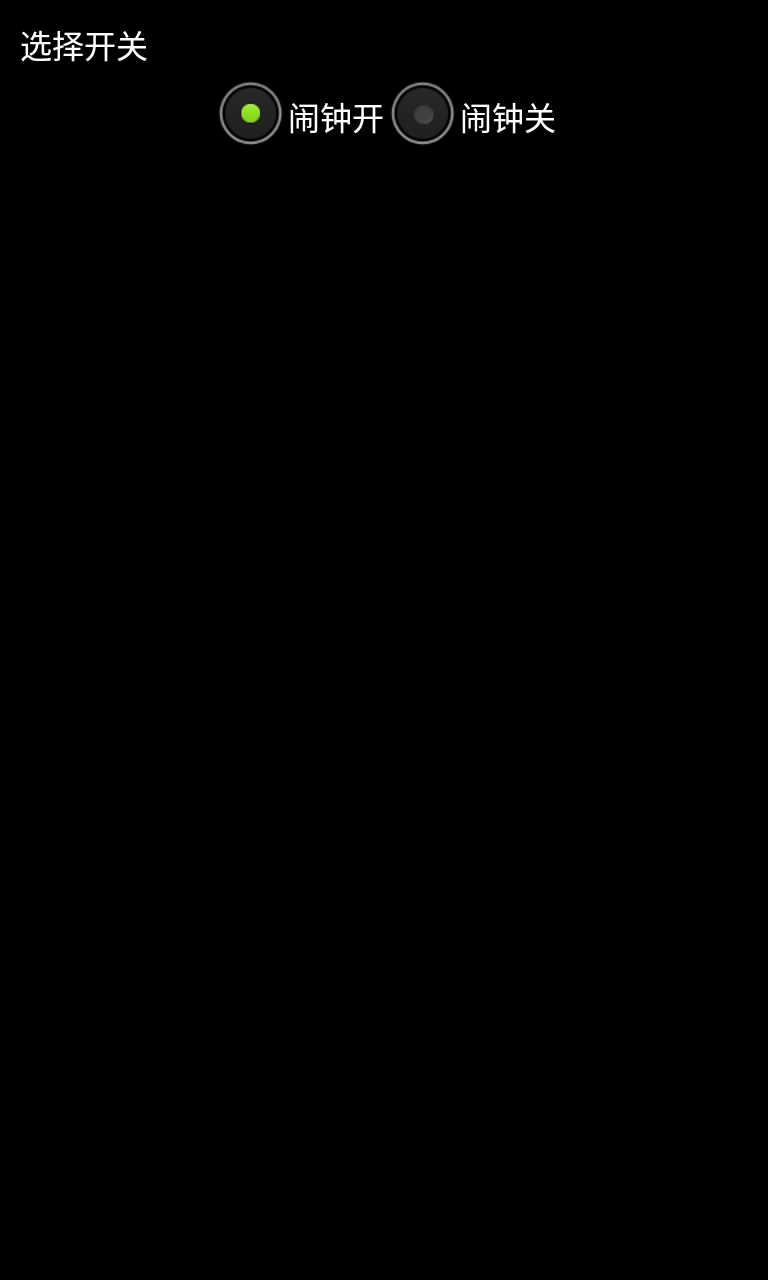
Repository: gogolaile/CoolWeather
Layout: DayDel/res/layout/alarm_newone_dialog.xml
These files come from the project's save history. The layout is drawn as it stood at one moment and after the next save; the edit follows.
It is drawn on a 768 x 1280 px phone screen (xhdpi) without system bars, with theme android:Theme.NoTitleBar.Fullscreen; the app's code is not run.

Above is the layout before, as saved 2015-12-09 09:42:22.

After the next save:
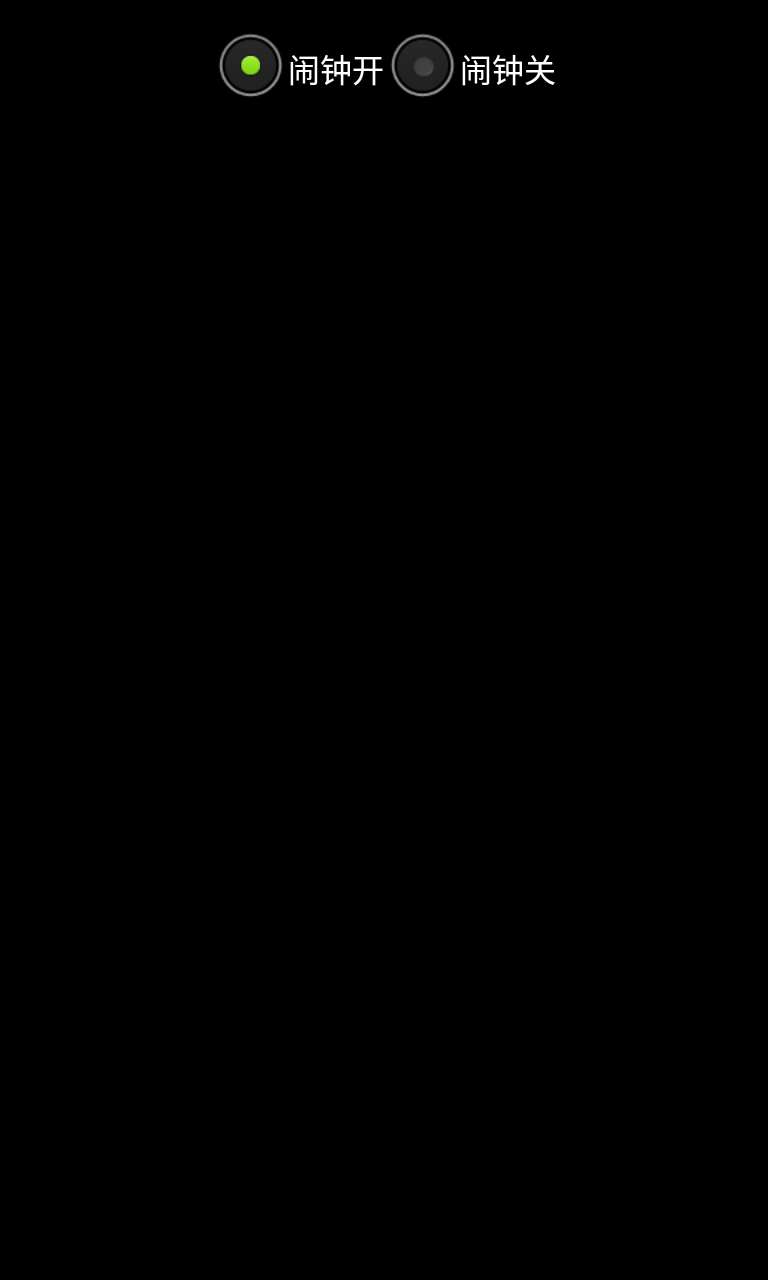
Saved 11 min 22 s later.
--- a/DayDel/res/layout/alarm_newone_dialog.xml
+++ b/DayDel/res/layout/alarm_newone_dialog.xml
@@ -5,12 +5,6 @@
      android:layout_height = "match_parent"
      android:orientation="vertical"
      android:padding="10dp">
-    <TextView
-        android:layout_width="fill_parent"
-        android:layout_height="wrap_content"
-        android:text="选择开关"
-        android:textColor="#FFFFFF"
-        android:textSize="16sp"/>
      <RadioGroup android:id="@+id/alarm_mode"
          android:orientation="horizontal"
          android:layout_width="wrap_content"
